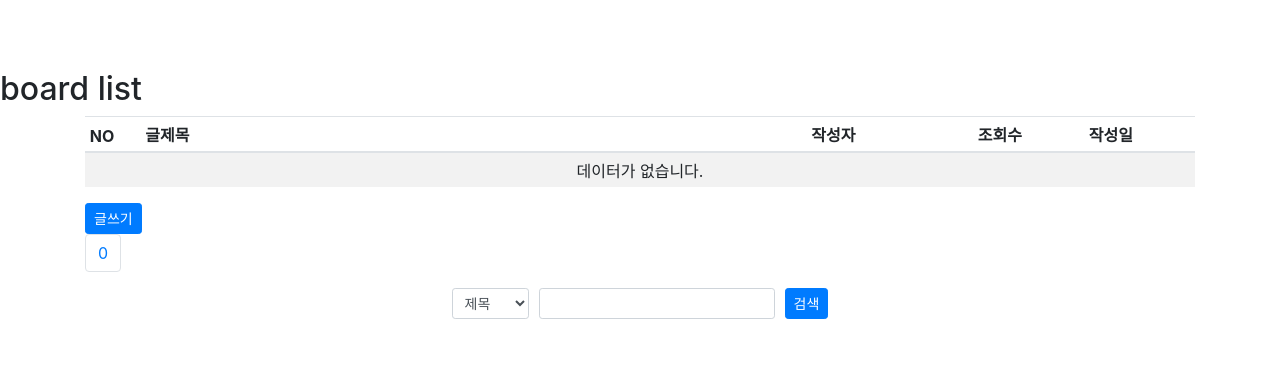
Repository: ysl4215/yslboard
Page: http://localhost/ysl/WEB-INF/views/board/index.jsp
The author's editor kept a copy of each file at every save. The page is drawn from the files as they stood at one save, then again after the next save.
The browser window is 1280 px wide. The pictures show the whole page.
Some web libraries are served in a nearby version. The page is served by Tomcat 9. Nobody is signed in. Other server files are loaded and not shown. The template is opened directly, without the code that normally fills it, so the values that code supplies are empty.

Above is the page before, as saved 2021-12-13 05:34:31.

### yslboard/ysl/ysl/src/main/webapp/WEB-INF/views/board/index.jsp
<%@ page language="java" contentType="text/html; charset=UTF-8"
	pageEncoding="UTF-8"%>
<%@ taglib prefix="c" uri="http://java.sun.com/jsp/jstl/core"%>
<%@ include file="/WEB-INF/views/layout/header.jsp"%>

<!DOCTYPE html>
<html>
<head>
<meta charset="UTF-8">

<title>Insert title here</title>
</head>
<style>
body {
	padding-top: 70px;
	padding-bottom: 30px;
}
</style>
<script>
//이전 버튼 이벤트
function fn_prev(page, range, rangeSize, searchType, keyword) {
		var page = ((range - 2) * rangeSize) + 1;
		var range = range - 1;
		var url = "${pageContext.request.contextPath}/board/getBoardList";

		url = url + "?page=" + page;
		url = url + "&range=" + range;
		url = url + "&searchType=" + $('#searchType').val();
		url = url + "&keyword=" + keyword;
		location.href = url;
	}


  //페이지 번호 클릭
	function fn_pagination(page, range, rangeSize, searchType, keyword) {
		var url = "${pageContext.request.contextPath}/board/getBoardList";

		url = url + "?page=" + page;
		url = url + "&range=" + range;
		url = url + "&searchType=" + $('#searchType').val();
		url = url + "&keyword=" + keyword;
		location.href = url;
	}


	//다음 버튼 이벤트
	function fn_next(page, range, rangeSize, searchType, keyword) {
		var page = parseInt((range * rangeSize)) + 1;
		var range = parseInt(range) + 1;
		var url = "${pageContext.request.contextPath}/board/getBoardList";

		url = url + "?page=" + page;
		url = url + "&range=" + range;
		url = url + "&searchType=" + $('#searchType').val();
		url = url + "&keyword=" + keyword;
		location.href = url;
	}


	$(document).on('click', '#btnWriteForm', function(e){

		e.preventDefault();

		location.href = "${pageContext.request.contextPath}/board/boardForm";
	});

	function fn_contentView(bid){

		var url = "${pageContext.request.contextPath}/board/getBoardContent";

		url = url + "?bid="+bid;

		location.href = url;
	}

	$(document).on('click', '#btnSearch', function(e){

		e.preventDefault();

		var url = "${pageContext.request.contextPath}/board/getBoardList";

		url = url + "?searchType=" + $('#searchType').val();

		url = url + "&keyword=" + $('#keyword').val();

		location.href = url;

		console.log(url);

	});
</script>


<body>
	<h2>board list</h2>
	<article>
		<div class="container">

			<div class="table-responsive">

				<table class="table table-striped table-sm">

					<colgroup>

						<col style="width: 5%;" />

						<col style="width: auto;" />

						<col style="width: 15%;" />

						<col style="width: 10%;" />

						<col style="width: 10%;" />

					</colgroup>

					<thead>

						<tr>

							<th>NO</th>

							<th>글제목</th>

							<th>작성자</th>

							<th>조회수</th>

							<th>작성일</th>

						</tr>

					</thead>

					<tbody>

						<c:choose>

							<c:when test="${empty boardList }">

								<tr>
									<td colspan="5" align="center">데이터가 없습니다.</td>
								</tr>

							</c:when>

							<c:when test="${!empty boardList}">
								<c:forEach var="list" items="${boardList}">
									<tr>
										<td><c:out value="${list.bid}" /></td>
										<td><a href="#"
											onClick="fn_contentView(<c:out value="${list.bid}"/>)"> <c:out
													value="${list.title}" />
										</a></td>

										<td><c:out value="${list.reg_id}" /></td>

										<td><c:out value="${list.view_cnt}" /></td>

										<td><c:out value="${list.reg_dt}" /></td>
									</tr>
								</c:forEach>
							</c:when>
						</c:choose>
					</tbody>
				</table>
			</div>
			<div>
				<button type="button" class="btn btn-sm btn-primary"
					id="btnWriteForm">글쓰기</button>
			</div>

			<!-- pagination{s} -->
			<div id="paginationBox">

				<ul class="pagination">
					<c:if test="${pagination.prev}">
						<li class="page-item"><a class="page-link" href="#"
							onClick="fn_prev('${pagination.page}', '${pagination.range}', '${pagination.rangeSize}', '${search.searchType }', '${search.keyword }')">Previous</a></li>
					</c:if>

					<c:forEach begin="${pagination.startPage}"
						end="${pagination.endPage}" var="idx">
						<li
							class="page-item <c:out value="${pagination.page == idx ? 'active' : ''}"/> "><a
							class="page-link" href="#"
							onClick="fn_pagination('${idx}', '${pagination.range}', '${pagination.rangeSize}', '${search.searchType }', '${search.keyword }')">
								${idx} </a></li>
					</c:forEach>

					<c:if test="${pagination.next}">
						<li class="page-item"><a class="page-link" href="#"
							onClick="fn_next('${pagination.range}',
'${pagination.range}', '${pagination.rangeSize}', '${search.searchType }', '${search.keyword }')">Next</a></li>
					</c:if>
				</ul>
			</div>
			<!-- pagination{e} -->

			<!-- search{s} -->

		<div class="form-group row justify-content-center">

			<div class="w100" style="padding-right:10px">

				<select class="form-control form-control-sm" name="searchType" id="searchType">

					<option value="title">제목</option>

					<option value="Content">본문</option>

					<option value="reg_id">작성자</option>

				</select>

			</div>

			<div class="w300" style="padding-right:10px">

				<input type="text" class="form-control form-control-sm" name="keyword" id="keyword">

			</div>

			<div>

				<button class="btn btn-sm btn-primary" name="btnSearch" id="btnSearch">검색</button>

			</div>

		</div>
		<!-- search{e} -->

		</div>

	</article>

</body>
</html>

### yslboard/ysl/ysl/src/main/webapp/WEB-INF/views/layout/header.jsp
<!-- jQuery -->

<script src="https://code.jquery.com/jquery-3.3.1.slim.min.js" integrity="sha384-q8i/X+965DzO0rT7abK41JStQIAqVgRVzpbzo5smXKp4YfRvH+8abtTE1Pi6jizo" crossorigin="anonymous"></script>



<!-- Bootstrap CSS -->

<link rel="stylesheet" href="https://stackpath.bootstrapcdn.com/bootstrap/4.2.1/css/bootstrap.min.css" integrity="sha384-GJzZqFGwb1QTTN6wy59ffF1BuGJpLSa9DkKMp0DgiMDm4iYMj70gZWKYbI706tWS" crossorigin="anonymous">



<!-- common CSS -->

<link rel="stylesheet" href="${pageContext.request.contextPath}/resources/common/css/common.css">

### yslboard/ysl/ysl/src/main/webapp/resources/common/css/common.css
@charset "EUC-KR";

body {
  padding-top: 70px;
  padding-bottom: 30px;
}

.board_title {
	font-weight : 700;
	font-size : 22pt;
	margin : 10pt;
}

.board_info_box {
	color : #6B6B6B;
	margin : 10pt;
}

.board_author {
	font-size : 10pt;
	margin-right : 10pt;
}

.board_date {
	font-size : 10pt;
}

.board_content {
	color : #444343;
	font-size : 12pt;
	margin : 10pt;
}

.board_tag {
	font-size : 11pt;
	margin : 10pt;
	padding-bottom : 10pt;
}

After the next save:
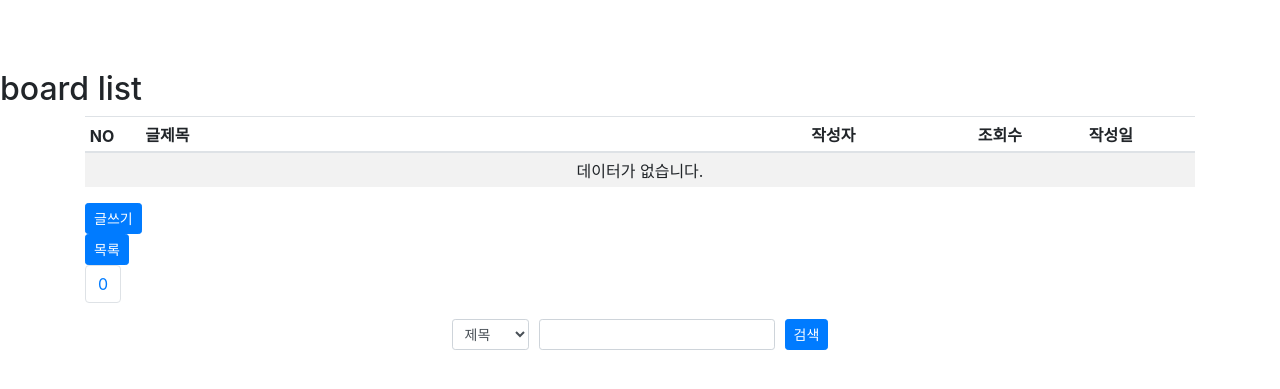
Saved 39 min 56 s later.
--- a/yslboard/ysl/ysl/src/main/webapp/WEB-INF/views/board/index.jsp
+++ b/yslboard/ysl/ysl/src/main/webapp/WEB-INF/views/board/index.jsp
@@ -169,6 +169,10 @@
 				<button type="button" class="btn btn-sm btn-primary"
 					id="btnWriteForm">글쓰기</button>
 			</div>
+			<div>
+				<button type="button" class="btn btn-sm btn-primary"
+					id="btnWriteForm">목록</button>
+			</div>
 
 			<!-- pagination{s} -->
 			<div id="paginationBox">
